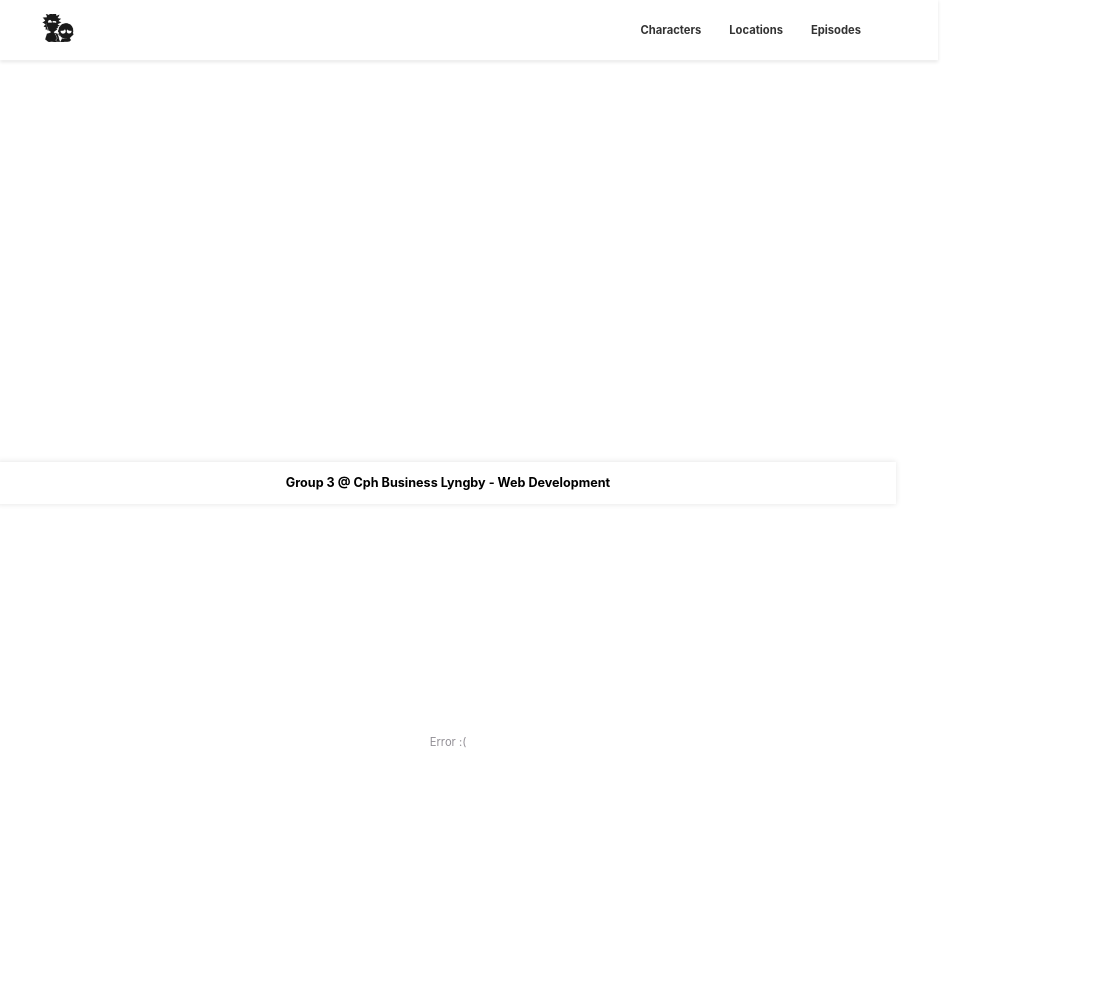
Repository: Inigo-Zuriaga/Rick_and_Morty_API
Page: /
The author's editor kept a copy of each file at every save. The page is drawn from the files as they stood at one save, then again after the next save.
The browser window is 1280 px wide. The page is 1280 px wide, then 1572 px, so the pictures cover 1572 px, including what lies to the right of the window. The pictures show the part of the page from y = 0 to 1560 px (the page is 1420 px tall before and 3060 px after), at 70% of full size.
The page's requests for data from a server got no answer. The project was rebuilt for these pictures with package versions that can differ from the ones it lists, and the page was loaded fresh each time. No one was signed in, and anything a server would have sent is missing. Also part of the build but not shown: vite.config.ts, src/components/library/visual/CardStyle.css, src/components/library/visual/Card.tsx, src/components/newComponents/Characters.css, src/components/newComponents/Locations-cards.css, src/components/newComponents/Locations-cards.tsx, src/subpages/Locations/Locations.tsx, src/components/newComponents/Episodes-cards.css and 5 more.

Above is the page before, as saved 2023-03-01 22:47:35.

### index.html
<!DOCTYPE html>
<html lang="en">
  <head>
    <meta charset="UTF-8" />
    <link rel="icon" type="image/svg+xml" href="/vite.svg" />
    <meta name="viewport" content="width=device-width, initial-scale=1.0" />
    <title>Rick n Morty - Group 3</title>
  </head>
  <body>
    <div id="root"></div>
    <script type="module" src="/src/main.tsx"></script>
  </body>
</html>

### src/App.tsx
import React from "react";
import { ApolloClient, InMemoryCache, ApolloProvider } from "@apollo/client";
import { NavBar } from "./components/library/visual/NavBar";
import ricknmortypng from "./assets/ricknmorty_biglogo.png";
import MainPage from "./subpages/MainPage/MainPage";
import Footer from "./components/library/visual/Footer";
import { Route, Routes } from "react-router-dom";
import Locations from "./subpages/Locations/Locations";
import Episodes from "./subpages/Episodes/Episodes";
import CharacterDetails from "./components/newComponents/CharacterDetails";
import IconButton from "./components/library/buttons/IconButton";

const client = new ApolloClient({
  uri: "https://rickandmortyapi.com/graphql",
  cache: new InMemoryCache(),
});

const App = () => {
  return (
    <ApolloProvider client={client}>
      <>
        <NavBar title1={"Characters"} title2={"Locations"} title3={"Episodes"} />
        <Routes>
        <Route path="/" element={<MainPage />} />
        <Route path="/MainPage" element={<MainPage/>} />
        <Route path="/Locations" element={<Locations/>} />
        <Route path="/Episodes" element={<Episodes/>} />
        <Route path="/characters/:id" element={<CharacterDetails />} />
        </Routes>

        <Footer title={"Group 3 @ Cph Business Lyngby - Web Development"} />
      </>
    </ApolloProvider>
  );
};

export default App;

### src/components/library/visual/NavBar.tsx
import React from 'react';
import { NavLink } from "react-router-dom";
import "./NavBar.css";
import logo from "../../../assets/ricknmorty_logo.png";

interface NavBarProps {
  title1: string;
  title2: string;
  title3: string;
}

export const NavBar = ({title1, title2, title3 }: NavBarProps) => (
  <header>
    <div className="wrapper">
      <div className='logo'>
        <NavLink to="/MainPage">
          <img src={logo} alt="logo" />
        </NavLink>
      </div>
      <div className='titles'>
        <NavLink to="/MainPage">{title1}</NavLink>
        <NavLink to="/Locations">{title2}</NavLink>
        <NavLink to="/Episodes">{title3}</NavLink>
      </div>
      <div></div>
    </div>
  </header>
);

### src/subpages/MainPage/MainPage.tsx
import { ApolloClient, ApolloProvider, InMemoryCache } from "@apollo/client";
import Characters from "../../components/newComponents/Characters";
import ricknmortypng from "../../assets/ricknmorty_biglogo.png";

const MainPage = () => {
  const client = new ApolloClient({
    uri: "https://rickandmortyapi.com/graphql",
    cache: new InMemoryCache(),
  });

  return (
    <section className="MainPage-section">

      <ApolloProvider client={client}>
        <Characters />

      </ApolloProvider>
    </section>
  );
};

export default MainPage;

/*            <img src="./src/assets/ricknmorty_biglogo.png" alt="biglogo" style={{ width: "600px", height: "200px" }}/>
            <Card title={"Rick"} subtitle={"awesome"}/>
            <Avatar />
            <Avatar isDead={true}/>*/

### src/components/library/visual/Footer.tsx
import "./Footer.css";

interface FooterProps {
    title: string;
  }

export default function Footer({
    title
  }: FooterProps) {

    return (
    <div className="Footer">
        <h3>{title}</h3>
    </div>
  );
};

### src/components/library/visual/NavBar.css
.wrapper {
  position: fixed;
  left: 0;
  top: 0;
  width: 100%;
  display: flex;
  justify-content: space-between;
  align-items: center;
  margin-bottom: 60px;
  padding: 10px 30px;
  background-color: #fff;
  box-shadow: 0 2px 5px rgba(0, 0, 0, 0.1);
  z-index: 2;
}

body {
  padding-top: 700px;
  display: flex;
  justify-content: center;
  align-items: center;
  height: 100vh;
}

.logo {
  display: flex;
  align-items: center;
  margin-right: auto;
}

.logo img {
  height: 40px;
  margin-right: 10px;
}

.titles {
  display: flex;
  align-items: center;
  margin-right: 70px;
}

div > a {
  color: #333;
  text-decoration: none;
  font-size: 16px;
  font-weight: bold;
  padding: 10px;
  margin-left: 20px;
  border-radius: 5px;
}

div > a:hover {
  background-color: #f2f2f2;
}

### src/components/newComponents/Characters.tsx
import React, { useState } from "react";
import { useQuery, gql } from "@apollo/client";
import Card from "../library/visual/Card";
import "./Characters.css";
import { Link } from "react-router-dom";
type Character = {
  id: string;
  name: string;
  image: string;
};

type CharactersData = {
  characters: {
    info: {
      count: number;
    };
    results: Character[];
  };
};

type CharactersProps = {
  initialPage?: number;
  pageSize?: number;
};

const CHARACTERS_QUERY = gql`
  query GetCharacters($page: Int!) {
    characters(page: $page) {
      info {
        count
      }
      results {
        id
        species
        name
        image
      }
    }
  }
`;

const Characters = ({ initialPage = 1, pageSize = 8 }: CharactersProps) => {
  const [page, setPage] = useState(initialPage);
  const { loading, error, data } = useQuery<CharactersData>(CHARACTERS_QUERY, {
    variables: { page: page, pageSize: pageSize },
  });

  if (loading) return <p>Loading...</p>;
  if (error) return <p>Error :(</p>;

  const characters = data?.characters?.results || [];

  const handleShowMore = () => {
    setPage(page + 1);
    console.log(page);
  };

  return (
    <>
      <div className="cardsContainer">
      {characters.map((character) => (
       <Link to={`/characters/${character.id}`} key={character.id}>
         <Card
          title={character.name}
          subtitle={character.species + " id: " + character.id}
          image={character.image}
        />
      </Link>
      ))}
      </div>
      {characters.length > pageSize && (
        <div className="showMoreButtonContainer">
          <button onClick={handleShowMore}>Load more</button>
        </div>
      )}
    </>
  );
};

export default Characters;

### src/components/library/visual/Footer.css
.Footer {
    position: fixed;
    width: 100%;
    height: 60px;
    bottom: 0;
    left: 0;
    background: #FFFFFF;
    box-shadow: -2px 0px 8px 2px rgba(0, 0, 0, 0.1);
    }

    .Footer h3 {
    font-family: 'Inter';
    font-style: normal;
    font-weight: 700;
    font-size: 18px;
    line-height: 21px;
    text-align: center;
    color: #000000;
    }

### src/components/library/visual/List.module.css
.default {
    text-align: left;
    font-family: 'Roboto';
    font-style: normal;
    font-weight: 400;
    font-size: 14px;
    line-height: 20px;
    letter-spacing: 0.25px;
  }

  ul {
    list-style-type: none;
    margin-bottom: 3em;
  }

  li {
    border-bottom: 1px solid rgba(135, 253, 110, 0.5);
    margin-bottom: 10px;
  }

  label {
    font-weight: bold;
    color: #49454F;
  }

  p {
    color: rgba(73, 69, 79, 0.6);
  }

Loaded but not shown: src/main.tsx (common file); src/index.css (common file)

After the next save:
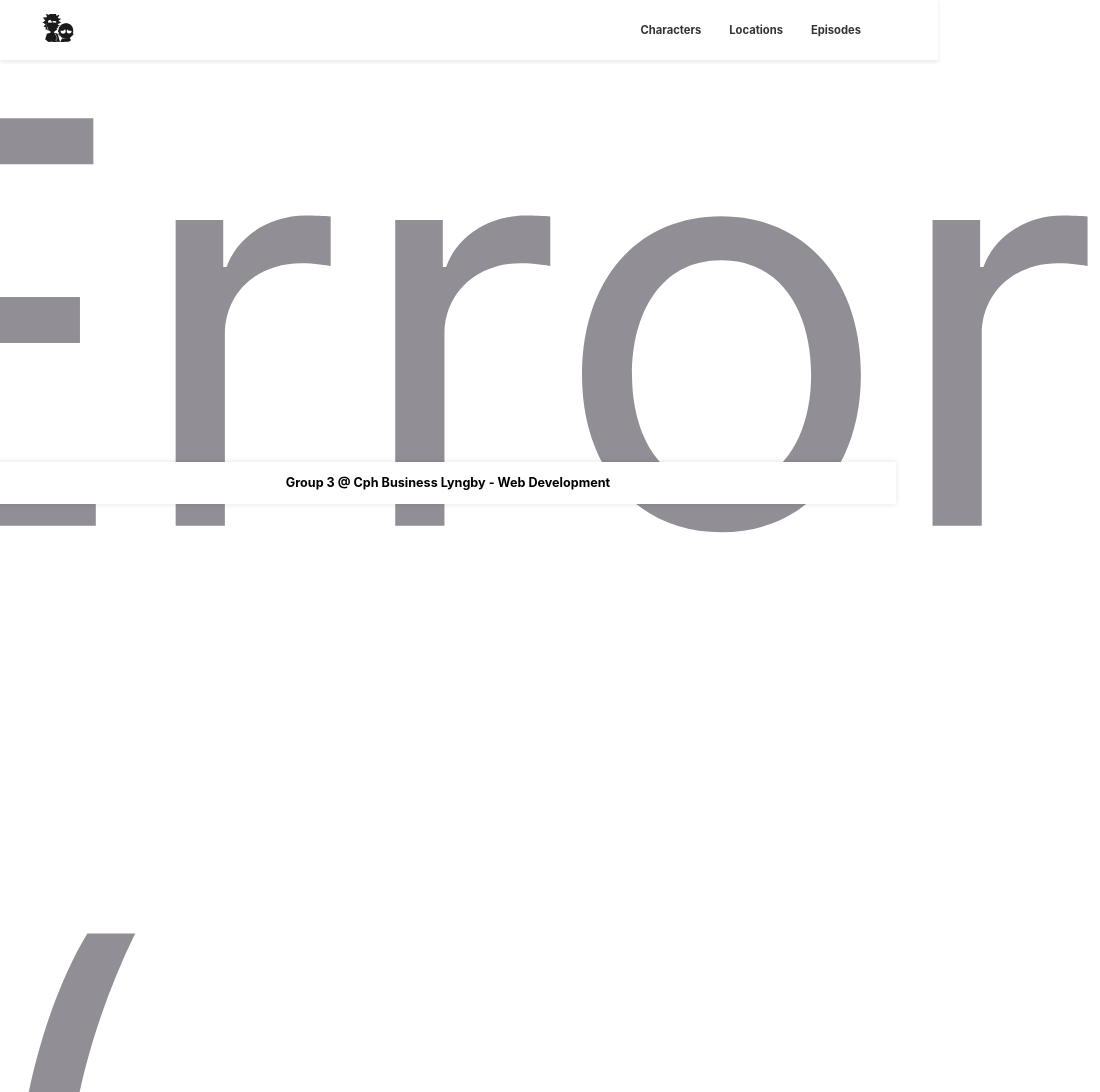
Saved 9 h 55 min later.
--- a/src/subpages/MainPage/MainPage.tsx
+++ b/src/subpages/MainPage/MainPage.tsx
@@ -9,7 +9,7 @@
   });
 
   return (
-    <section className="MainPage-section">
+    <section className="MainPage-section" style={{zoom: 50}}>
 
       <ApolloProvider client={client}>
         <Characters />
